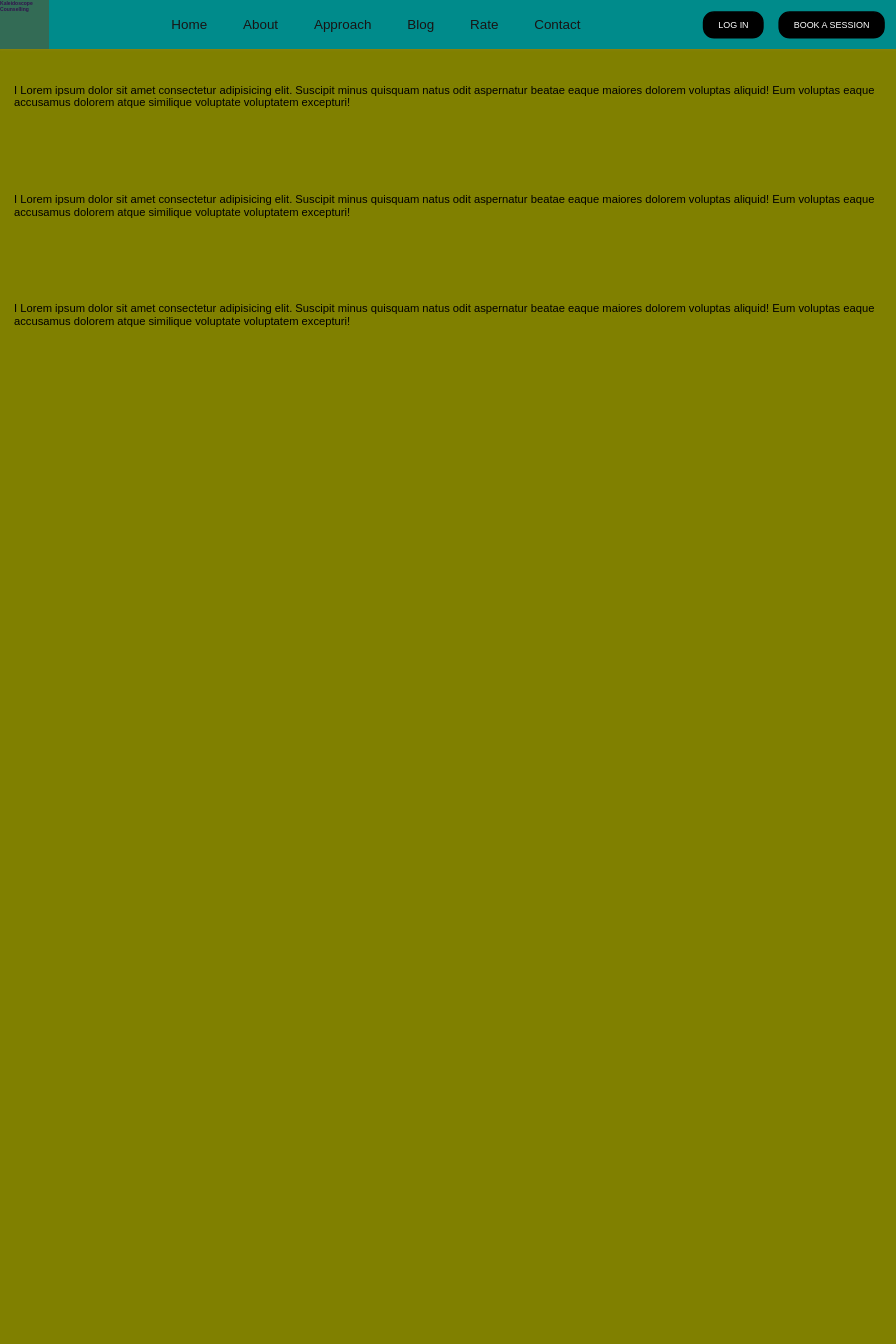
Repository: voutadi/ava-website
Page: index.html
The author's editor kept a copy of each file at every save. The page is drawn from the files as they stood at one save, then again after a run of saves.
The browser window is 1280 px wide. The pictures show the part of the page from y = 0 to 1920 px (the page is 3120 px tall), at 70% of full size.

Above is the page before, as saved 2024-11-24 22:01:44.

### index.html
<!DOCTYPE html>
<html lang="en">
  <head>
    <meta charset="UTF-8" />
    <meta name="viewport" content="width=device-width, initial-scale=1.0" />
    <link rel="stylesheet" href="styles/style.css" />

    <title>Kaleidoscope Counselling</title>
  </head>
  <body>
    <div class="header">
      <div class="logo-container">
        <div class="logo">
          Kaleidoscope <br />
          Counselling
        </div>
      </div>
      <div class="navbar">
        <ul>
          <li><a href="#home">Home</a></li>
          <li>
            <a
              href="https://www.psychologytoday.com/ca/therapists/ava-outadi-port-moody-bc/1111563" target="_blank"
              >About</a
            >
          </li>
          <li><a href="#approach">Approach</a></li>
          <li><a href="#blog">Blog</a></li>
          <li><a href="#rate">Rate</a></li>
          <li><a href="#contact">Contact</a></li>
        </ul>
      </div>
      <div class="appointment">
        <button class="login">
          LOG IN
        </button>
        <button class="book-session">BOOK A SESSION</button>

      </div>

    </div>

    <p>
      I Lorem ipsum dolor sit amet consectetur adipisicing elit. Suscipit minus
      quisquam natus odit aspernatur beatae eaque maiores dolorem voluptas
      aliquid! Eum voluptas eaque accusamus dolorem atque similique voluptate
      voluptatem excepturi!
    </p>
    <p>
      I Lorem ipsum dolor sit amet consectetur adipisicing elit. Suscipit minus
      quisquam natus odit aspernatur beatae eaque maiores dolorem voluptas
      aliquid! Eum voluptas eaque accusamus dolorem atque similique voluptate
      voluptatem excepturi!
    </p>
    <p>
      I Lorem ipsum dolor sit amet consectetur adipisicing elit. Suscipit minus
      quisquam natus odit aspernatur beatae eaque maiores dolorem voluptas
      aliquid! Eum voluptas eaque accusamus dolorem atque similique voluptate
      voluptatem excepturi!
    </p>
  </body>
</html>

### styles/style.css
* {
  margin: 0;
  padding: 0;
  box-sizing: border-box;
}
body {
  background-color: rgb(128,128,0);

  height: 3000px;
  font-family: Arial, Helvetica, sans-serif;
  font-size: 1rem;
}
.header {
  max-width: 100%; /*Make sure Take all of her parent element(body)on all different devices .*/
  height: 70px;
  position: fixed;
  top: 0;
  left: 0;
  right: 0;
  background-color: rgb(0,139,139);

  display: flex;
  justify-content: space-between;
  align-items: center;

  box-shadow: 0 2px 4px rgba(243, 172, 172, 0.15); /* Adds a subtle shadow for depth, optional */
}
.logo-container {
  width: 70px; /* Put condition for smaller or biger divice*/

  background-color: rgb(51, 107, 85);
  height: 70px;
}
.logo {
  color: rgb(50, 21, 77);
  font-size: 0.45rem;
  font-weight: bold;
}

.navbar ul {
  display: flex;
  flex: 1;
  justify-content: center;
  list-style-type: none;
  flex-wrap: wrap;
}
.navbar li {
  display: flex;
  justify-content: end;
  margin: 1rem;
}
.navbar a {
  font-size: 2px;
  color: rgb(25, 20, 20);
  font-weight: 500;

  text-decoration: none;
}
.navbar a:hover {
  background-color: rgb(192, 175, 175);
  padding: 2px 4px;
  border-radius: 6px;
  transition: 0.15s;
}

.navbar a:active {
  background-color: rgb(176, 163, 163);
}
.login{
  background-color: black;
  color: rgb(255, 255, 255);
  font-size: .8rem;
  padding: 10px 20px;
  margin-right: 1rem;
  border-width: 2px;
  border-style: solid;

  cursor: pointer;

}

.book-session {

  background-color: black;
  color: rgb(255, 255, 255);
  font-size: .8rem;
  padding: 10px 20px;
  margin-right: 1rem;
  border-width: 2px;
  border-style: solid;

  cursor: pointer;
}
button:hover {
  background-color: white;

  color: black;
  transition: 0.15s;
  padding: 12px 24px;
}
button:active {
  padding: 18px 24px;
}
p {
  margin-top: 120px;
  margin-left: 20px;
}
@media (max-width: 380px) {
  body {
    font-size: 0.35rem;
  }
  /* Smaller font size */
}

button {
  font-size: 0.45rem;
  padding: 2px;
  margin-right: 0.3rem;
}
button:hover {
  font-size: 0.45rem;
  padding: 2px;
}
button:active {
  padding: 3px;
}
.navbar li {
  margin: 0.18rem;
}
.navbar a {
  font-size: 0.5rem;
}

@media (min-width: 381px) and (max-width: 600px) {
  body {
    font-size: 0.5rem;
  } /* Smaller font size */
  button {
    font-size: 0.5rem;
    padding: 2px 4px;
    margin-right: 0.5rem;
    border-radius: 10px;
  }
  button:hover {
    font-size: 0.5rem;
    padding: 2px;
  }
  button:active {
    padding: 3px;
  }
  .navbar li {
    margin: 0.3rem;
  }
  .navbar a {
    font-size: 0.6rem;
  }
}
@media (min-width: 601px) and (max-width: 910px) {
  body {
    font-size: 0.75rem;
  } /* Smaller font size */
  button {
    font-size: 0.75rem;
    padding: 2px 4px;
    margin-right: 0.75rem;
    border-radius: 10px;
  }
  button:hover {
    font-size: 0.75rem;
    padding: 2px;
  }
  button:active {
    padding: 3px;
  }
  .navbar li {
    margin: 0.5rem;
  }
  .navbar a {
    font-size: 0.8rem;
  }
}
@media (min-width: 911px) {
  .navbar a {
    font-size: 1.2rem;
  }
  .navbar li {
    margin: 1.6rem;
  }
  button {
    font-size: 1.2rem;
    font-weight: 600px;

    padding: 4px 8px;
    margin-right: 1rem;
    border-radius: 16px;
  }
  button:hover {
    font-size: 1.4rem;
    padding: 6px 10px;
  }
  button:active {
    padding: 3px;
  }
}

After the next 7 saves:
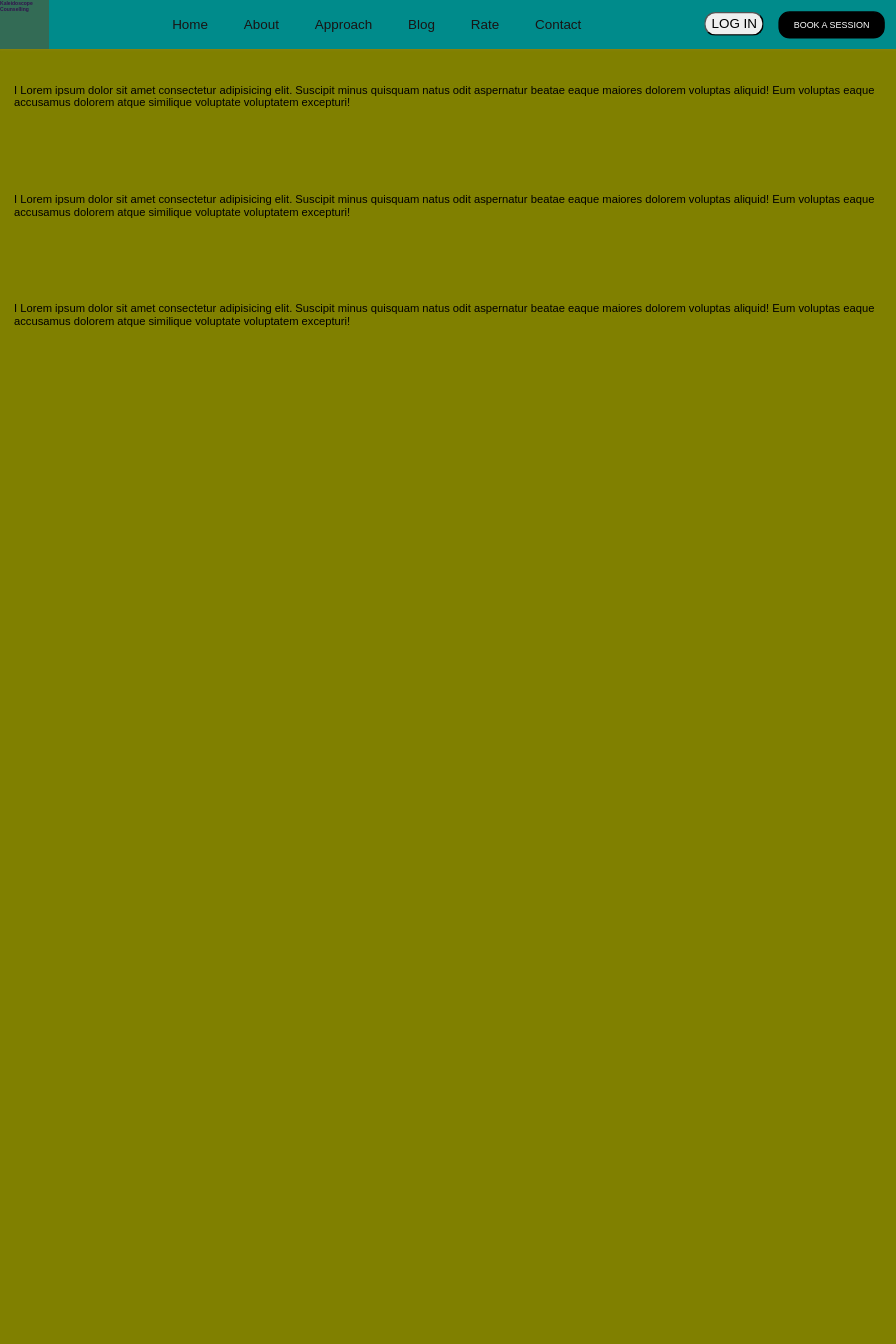
The 7 saves are shown as one change because they came seconds apart.
The last was saved 41 s later.
--- a/styles/style.css
+++ b/styles/style.css
@@ -66,6 +66,7 @@
 .navbar a:active {
   background-color: rgb(176, 163, 163);
 }
+.app
 .login{
   background-color: black;
   color: rgb(255, 255, 255);

After the 3 saves that followed:
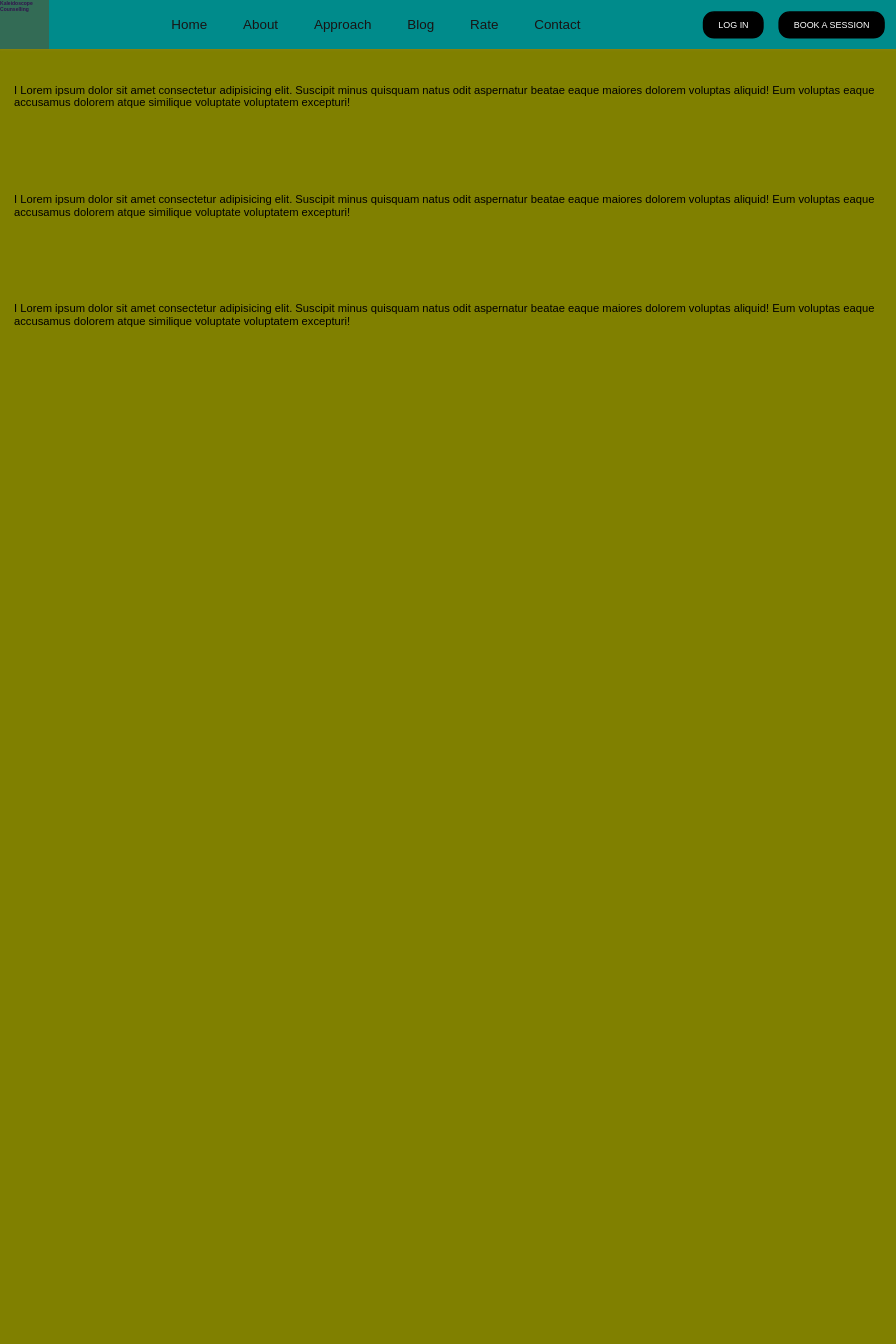
The 3 saves are shown as one change because they came seconds apart.
The last was saved 29 s later.
--- a/styles/style.css
+++ b/styles/style.css
@@ -66,7 +66,9 @@
 .navbar a:active {
   background-color: rgb(176, 163, 163);
 }
-.app
+.appointment{
+
+}
 .login{
   background-color: black;
   color: rgb(255, 255, 255);
